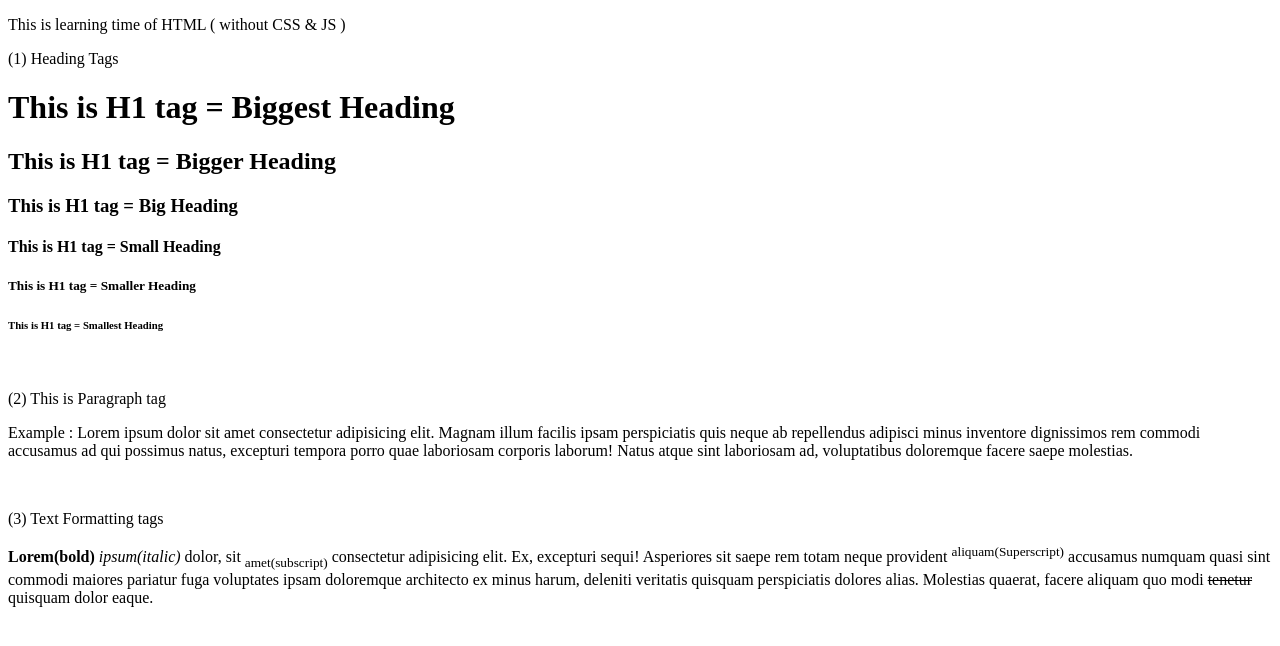
Repository: diptods/Frontend-in-60-DAYS
Page: Day01/learning/learn.html
The author's editor kept a copy of each file at every save. The page is drawn from the files as they stood at one save, then again after the next save.
The browser window is 1280 px wide. The pictures show the whole page.

Above is the page before, as saved 2026-05-28 11:49:19.

After the next save:
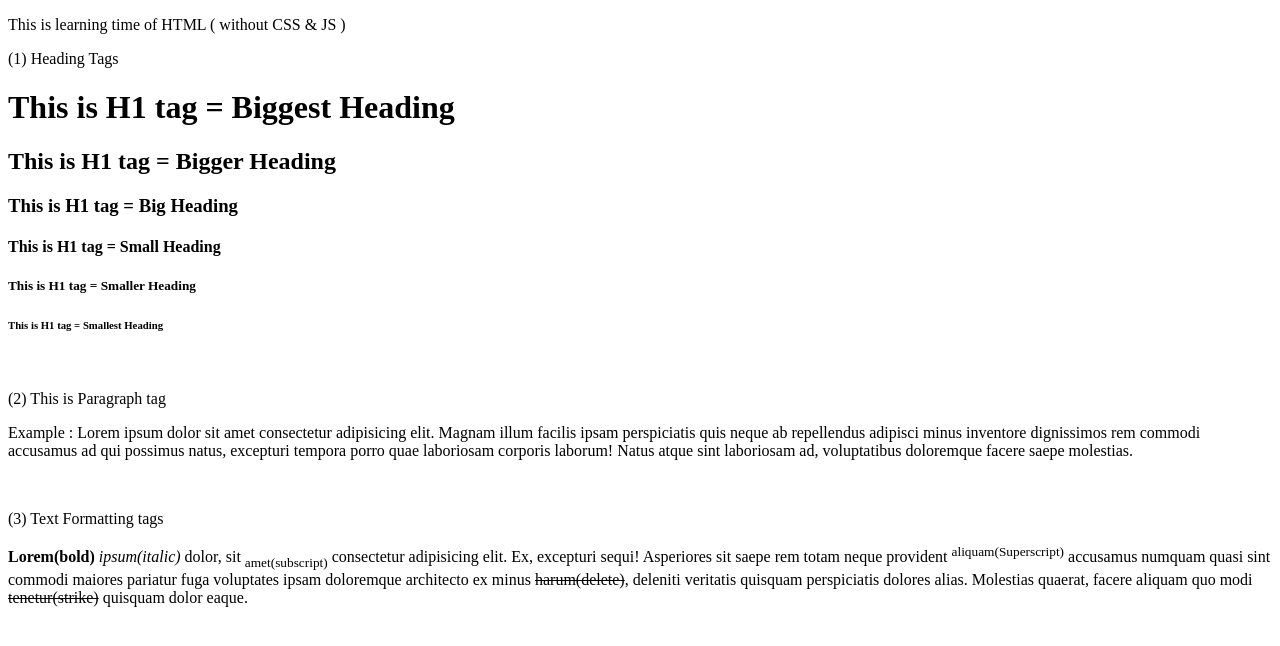
Saved 36 s later.
--- a/Day01/learning/learn.html
+++ b/Day01/learning/learn.html
@@ -26,8 +26,8 @@
     <p>(3) Text Formatting tags</p>
     <p><b>Lorem(bold)</b> <i>ipsum(italic)</i> dolor, sit <sub>amet(subscript)</sub> consectetur adipisicing elit. Ex, excepturi sequi! Asperiores sit saepe rem totam
         neque provident <sup>aliquam(Superscript)</sup> accusamus numquam quasi sint commodi maiores pariatur fuga voluptates ipsam doloremque
-        architecto ex minus harum, deleniti veritatis quisquam perspiciatis dolores alias. Molestias quaerat, facere
-        aliquam quo modi <strike>tenetur</strike> quisquam dolor eaque.</p>
+        architecto ex minus <del>harum(delete)</del>, deleniti veritatis quisquam perspiciatis dolores alias. Molestias quaerat, facere
+        aliquam quo modi <strike>tenetur(strike)</strike> quisquam dolor eaque.</p>
 </body>
 
 </html>
